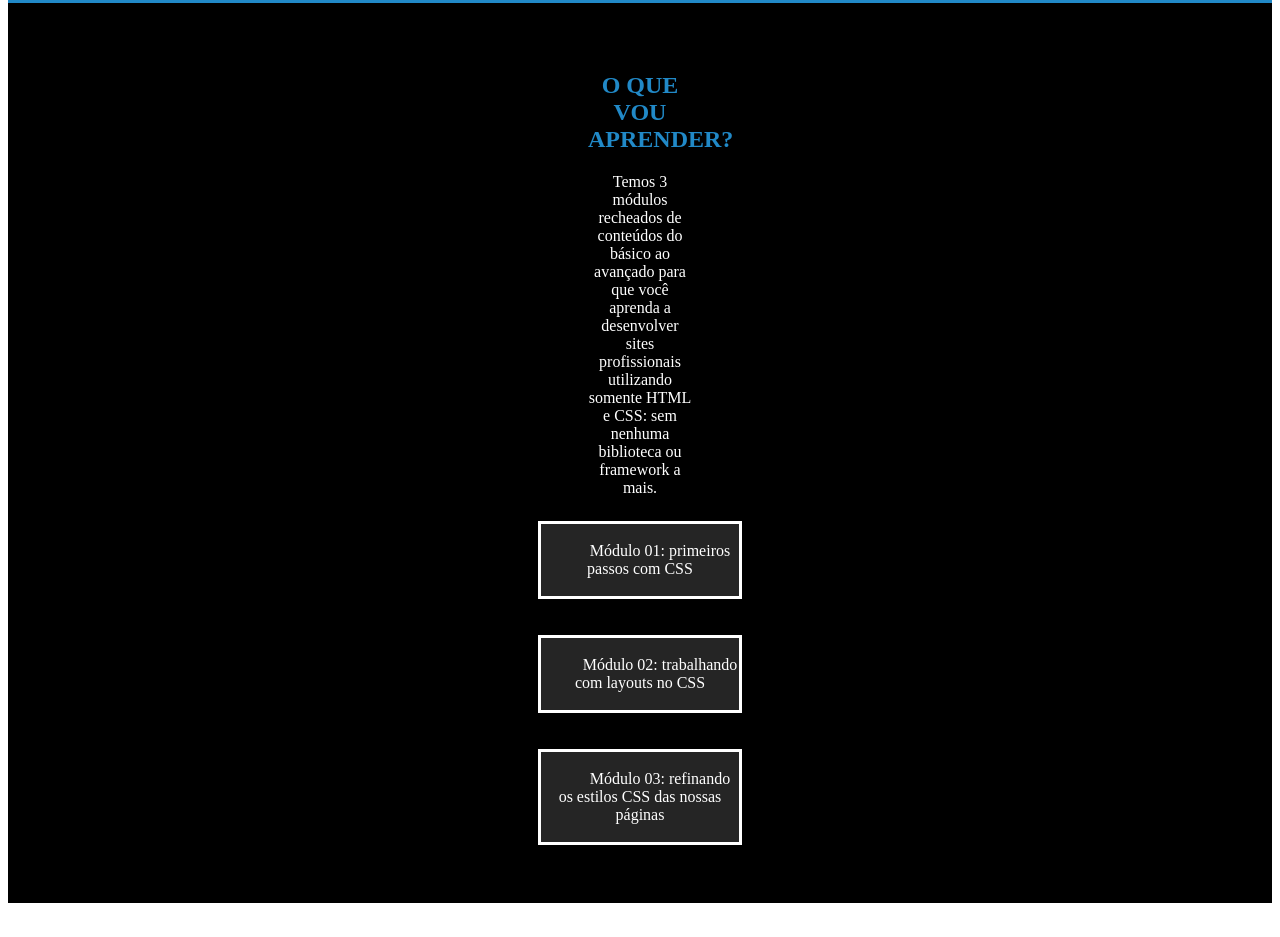
Repository: gustavotwist/trilha-css-desafio-01
Page: index.html
These files come from the project's save history. The page is drawn as it stood at one moment and after the next save; the edit follows.
The browser window is 1280 px wide. The pictures show the part of the page from y = 449 to 1386 px (the page is 2179 px tall).
A picture or video elsewhere on the page could not be fetched, so the positions and the page height are approximate.

Above is the page before, as saved 2024-07-15 18:55:35.

After the next save:
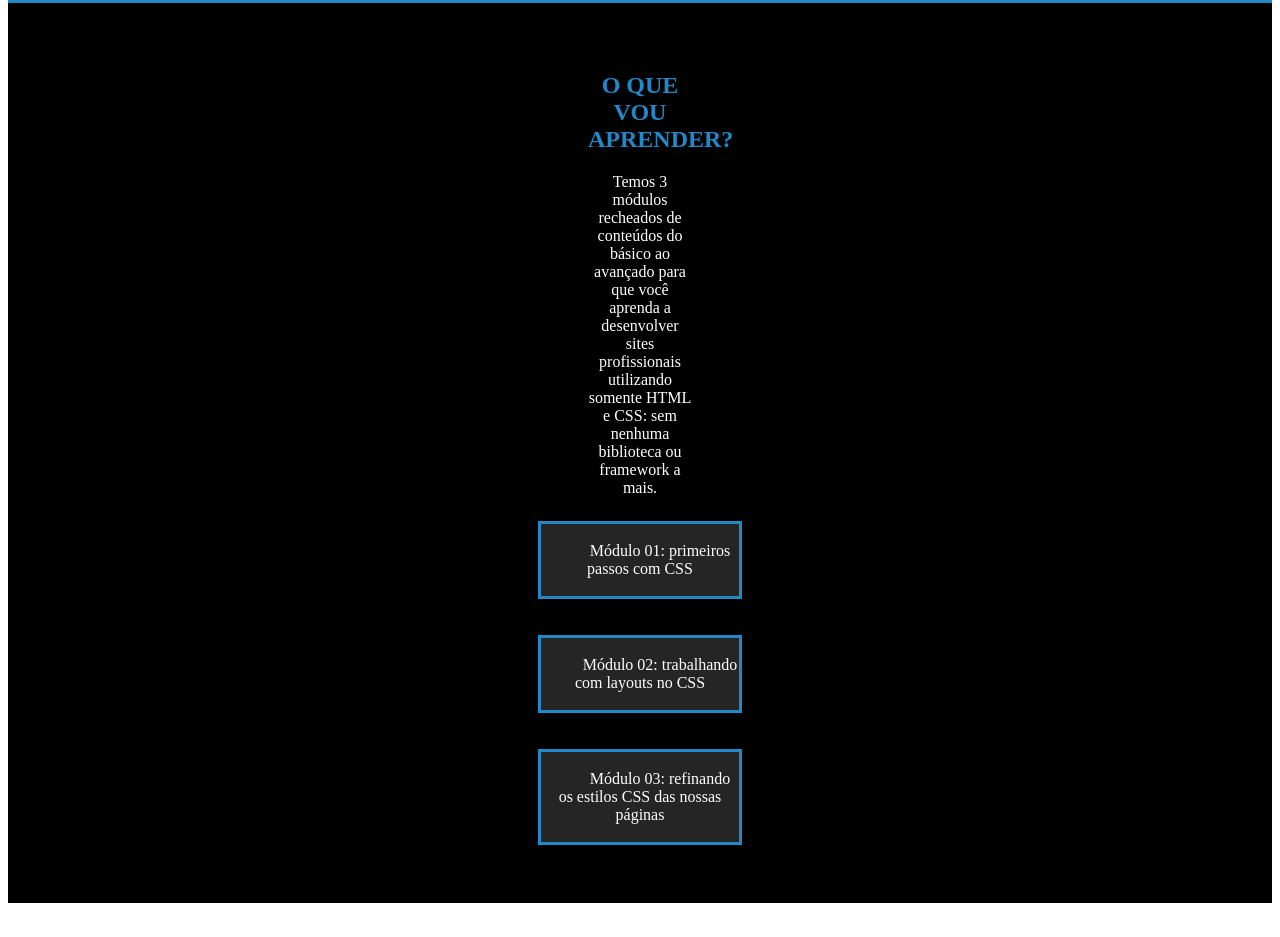
Saved 9 s later.
--- a/global.css
+++ b/global.css
@@ -50,5 +50,5 @@ section, p{
 
 .module {
     background-color:#252525;
-    border:solid ;
+    border:solid #2189c7;
 }
